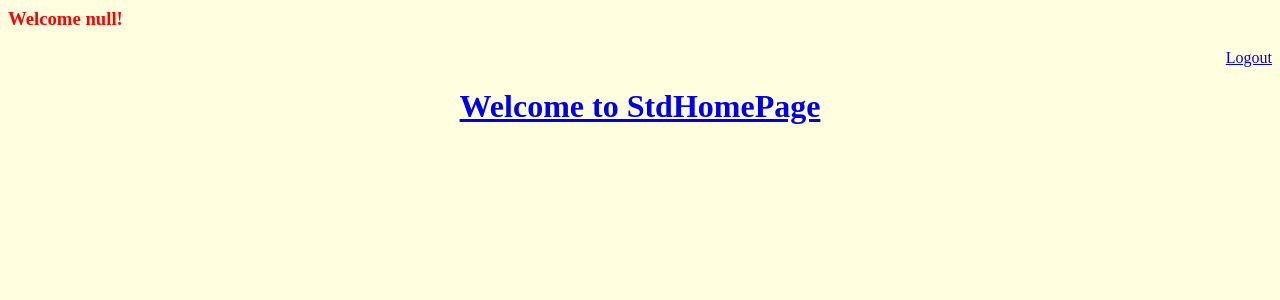
Repository: Konyala-Karthikeya/student_Details
Page: http://localhost/StudentWebApp/StdHomePage
The author's editor kept a copy of each file at every save. The page is drawn from the files as they stood at one save, then again after the next save.
The browser window is 1280 px wide. The pictures show the whole page.
The page is served by Tomcat 9. Other server files are loaded and not shown.

Above is the page before, as saved 2024-01-05 05:39:38.

### Sudent_Project/Workspace/StudentWebApp/src/com/web/StdHomePage.java
package com.web;

import java.io.IOException;
import java.io.PrintWriter;

import javax.servlet.ServletException;
import javax.servlet.annotation.WebServlet;
import javax.servlet.http.HttpServlet;
import javax.servlet.http.HttpServletRequest;
import javax.servlet.http.HttpServletResponse;

@WebServlet("/StdHomePage")
public class StdHomePage extends HttpServlet {

	protected void doGet(HttpServletRequest request, HttpServletResponse response) throws ServletException, IOException {
		response.setContentType("text/html");
		PrintWriter out = response.getWriter();

		String emailId = request.getParameter("emailId");

		out.println("<body bgcolor='lightyellow' text='green'>");

		//For UserName
		out.print("<h3 style='color:red;'>Welcome " + emailId + "!</h3>");

		//For Logout
		out.print("<form align='right'>");
		out.print("<a href='Logout'>Logout</>");
		out.print("<form>");

		out.println("<center>");
		out.println("<h1>Welcome to StdHomePage</h1>");
		out.println("</center>");
		out.println("</body>");
	}

	protected void doPost(HttpServletRequest request, HttpServletResponse response) throws ServletException, IOException {

		doGet(request, response);
	}

}

After the next save:
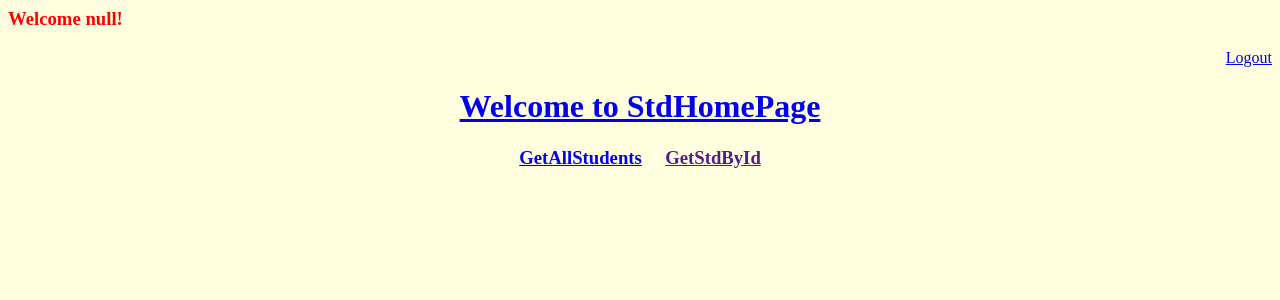
Saved 2 days later.
--- a/Sudent_Project/Workspace/StudentWebApp/src/com/web/StdHomePage.java
+++ b/Sudent_Project/Workspace/StudentWebApp/src/com/web/StdHomePage.java
@@ -30,6 +30,8 @@ public class StdHomePage extends HttpServlet {
 
 		out.println("<center>");
 		out.println("<h1>Welcome to StdHomePage</h1>");
+		out.println("<h3><a href='GetAllStds'>GetAllStudents</a> &nbsp; &nbsp;");
+		out.println("<a href=''>GetStdById</a>");
 		out.println("</center>");
 		out.println("</body>");
 	}
